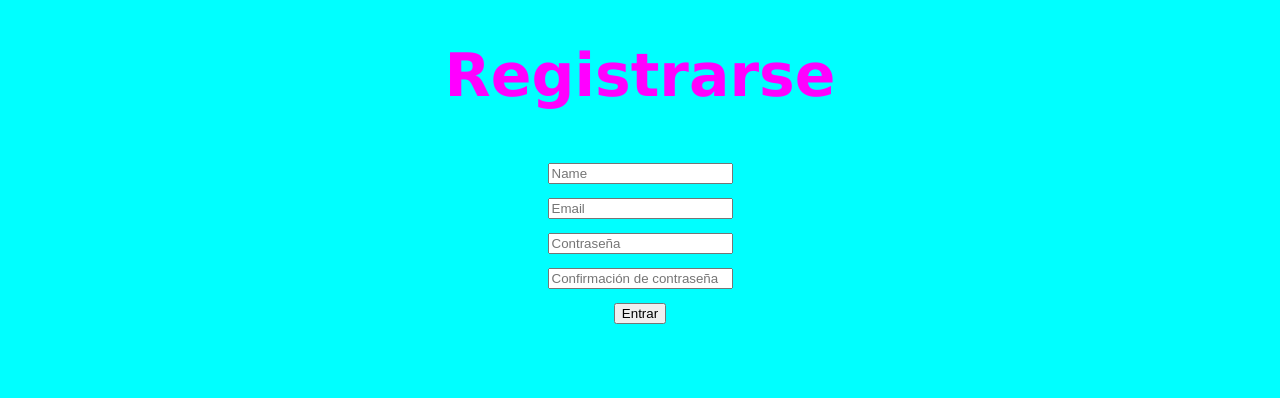
Repository: LazaroRicardo/WORKSPACE
Page: http://localhost/ProyectoMVC2/registrarse
An editor plug-in stored every save of this project. The page is shown before and after the next save, followed by the edit.
The browser window is 1280 px wide. The pictures show the whole page.
The page is served by Tomcat 9.

Above is the page before, as saved 2018-11-15 09:32:03.

After the next save:
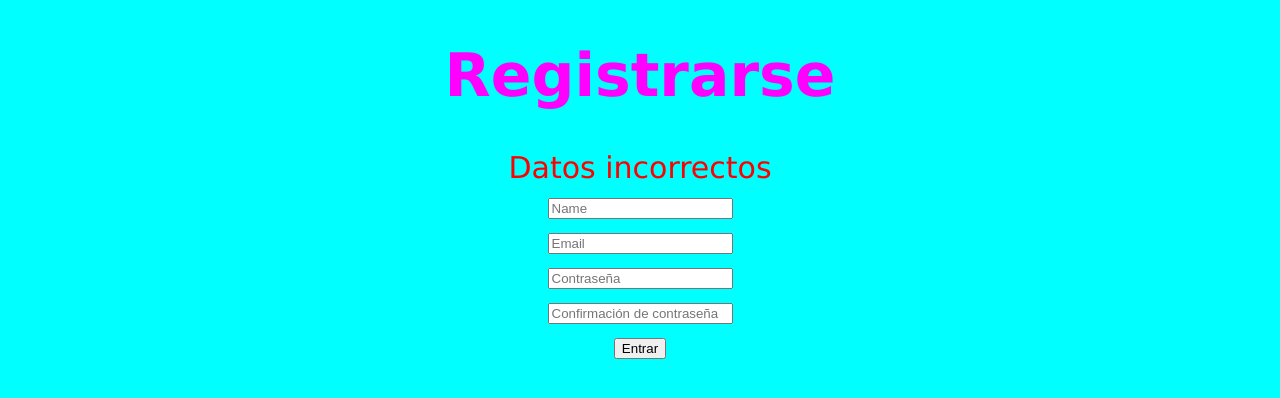
Saved 10 s later.
--- a/javaweb/ProyectoMVC2/WebContent/registrarse.jsp
+++ b/javaweb/ProyectoMVC2/WebContent/registrarse.jsp
@@ -10,7 +10,7 @@
 <body>
 	<h1>Registrarse</h1>
 	<form action="" method="POST">
-	<div class="error"></div>
+	<div class="error">Datos incorrectos</div>
 		<div><input type="name" placeholder="Name" name="name" required /></div>
 		<div><input type="email" placeholder="Email" name="email" required /></div>
 		<div><input type="password" placeholder="Contraseña" name="password" required /></div>
